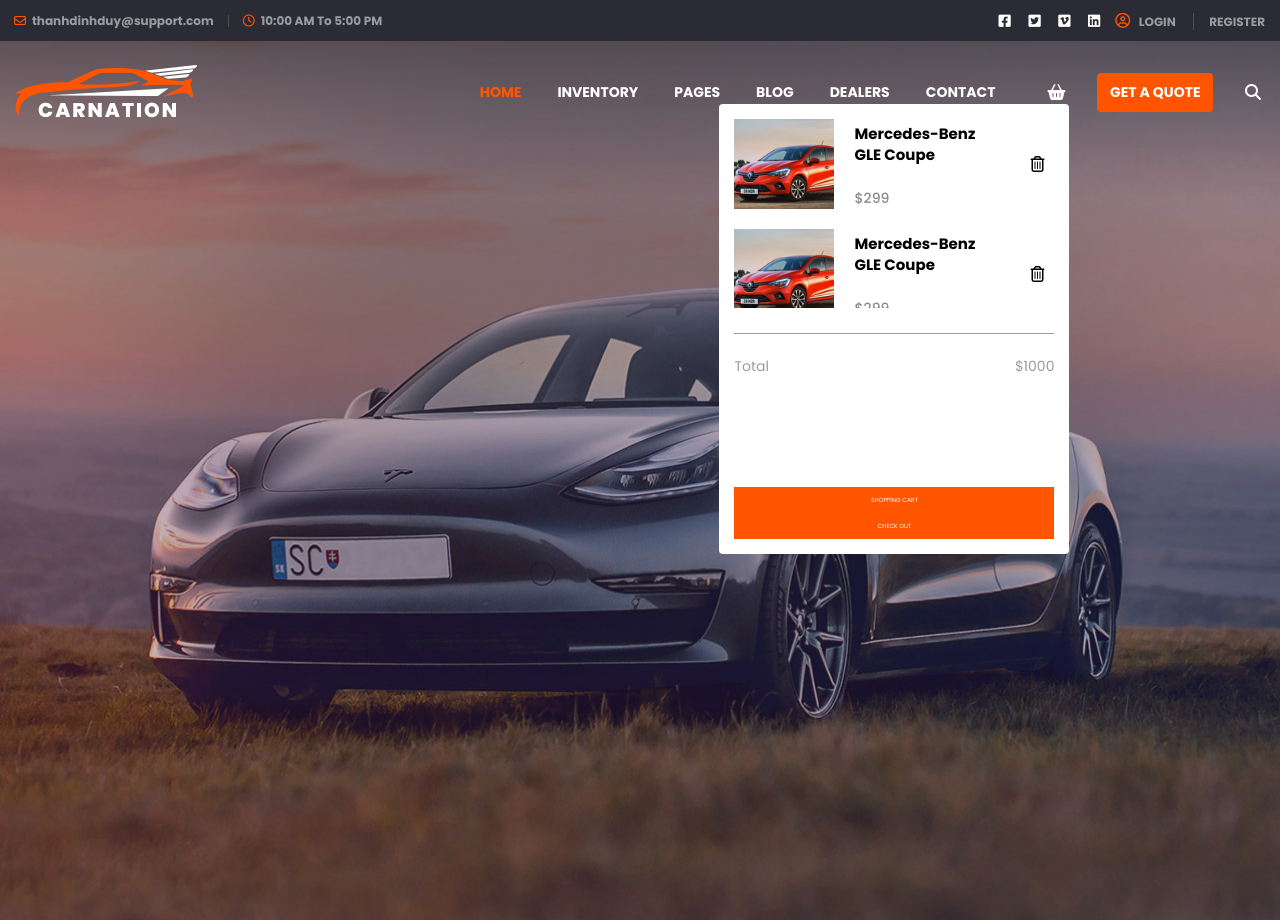
Repository: thanhdinh01/shopcar
Page: index.html
An editor plug-in stored every save of this project. The page is shown before and after the next save, followed by the edit.
The browser window is 1280 px wide. The pictures show the whole page.
Some web libraries are served in a nearby version. The style sheet was rebuilt from its Sass, Less or Tailwind sources for each picture, by a compiler version that may differ from the author's.

Above is the page before, as saved 2022-08-10 21:15:38.

After the next save:
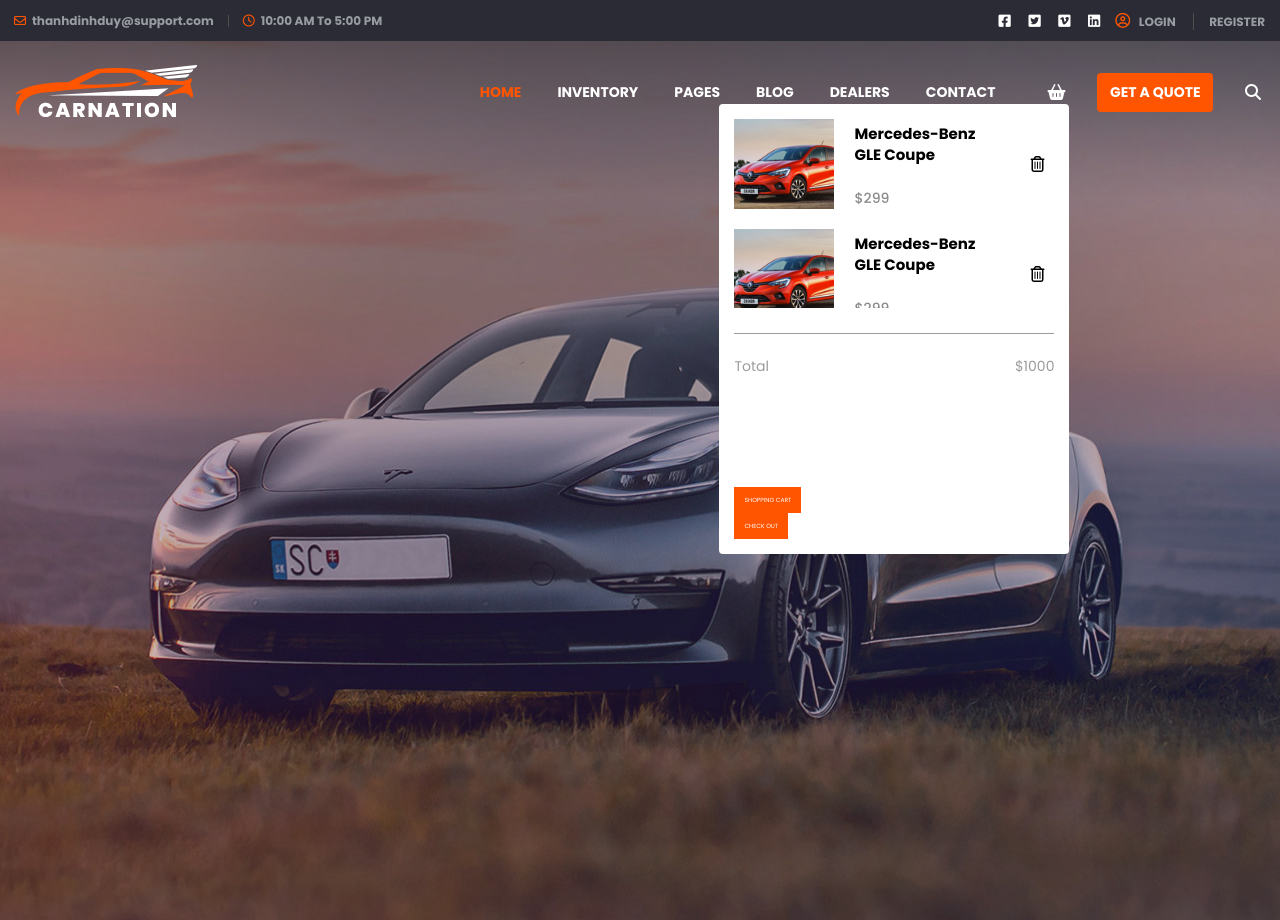
Saved 12 s later.
--- a/css/_header.scss
+++ b/css/_header.scss
@@ -229,8 +229,8 @@
               margin: 25px 0;
             }
             &-buying {
-              display: flex;
-              flex-direction: column;
+              // display: flex;
+              // flex-direction: column;
               margin-top: auto;
               .button {
                 display: block;

After the save that followed:
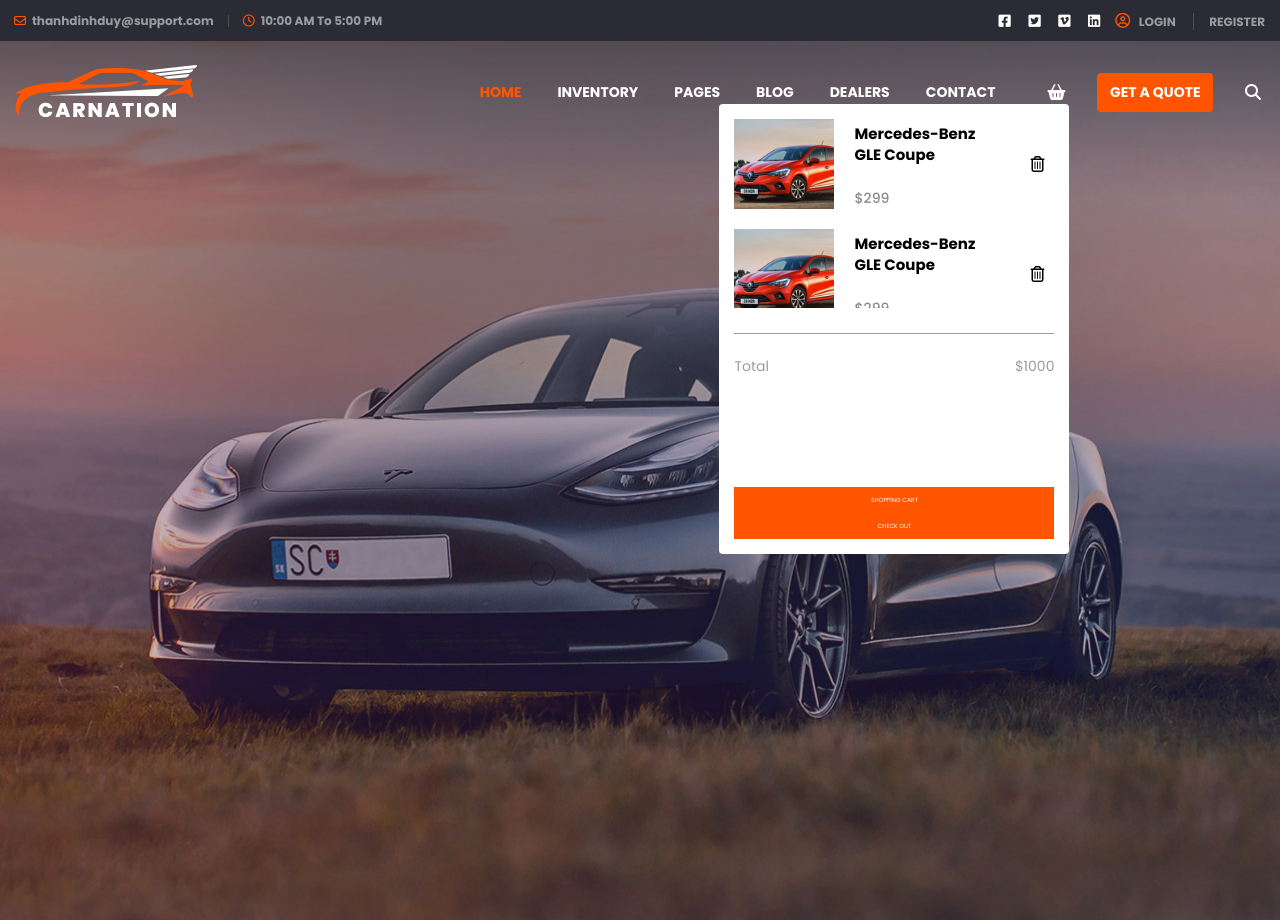
Saved 86 s later.
--- a/css/_header.scss
+++ b/css/_header.scss
@@ -235,6 +235,7 @@
               .button {
                 display: block;
                 padding: 10px;
+                width: 100%;
               }
             }
           }
